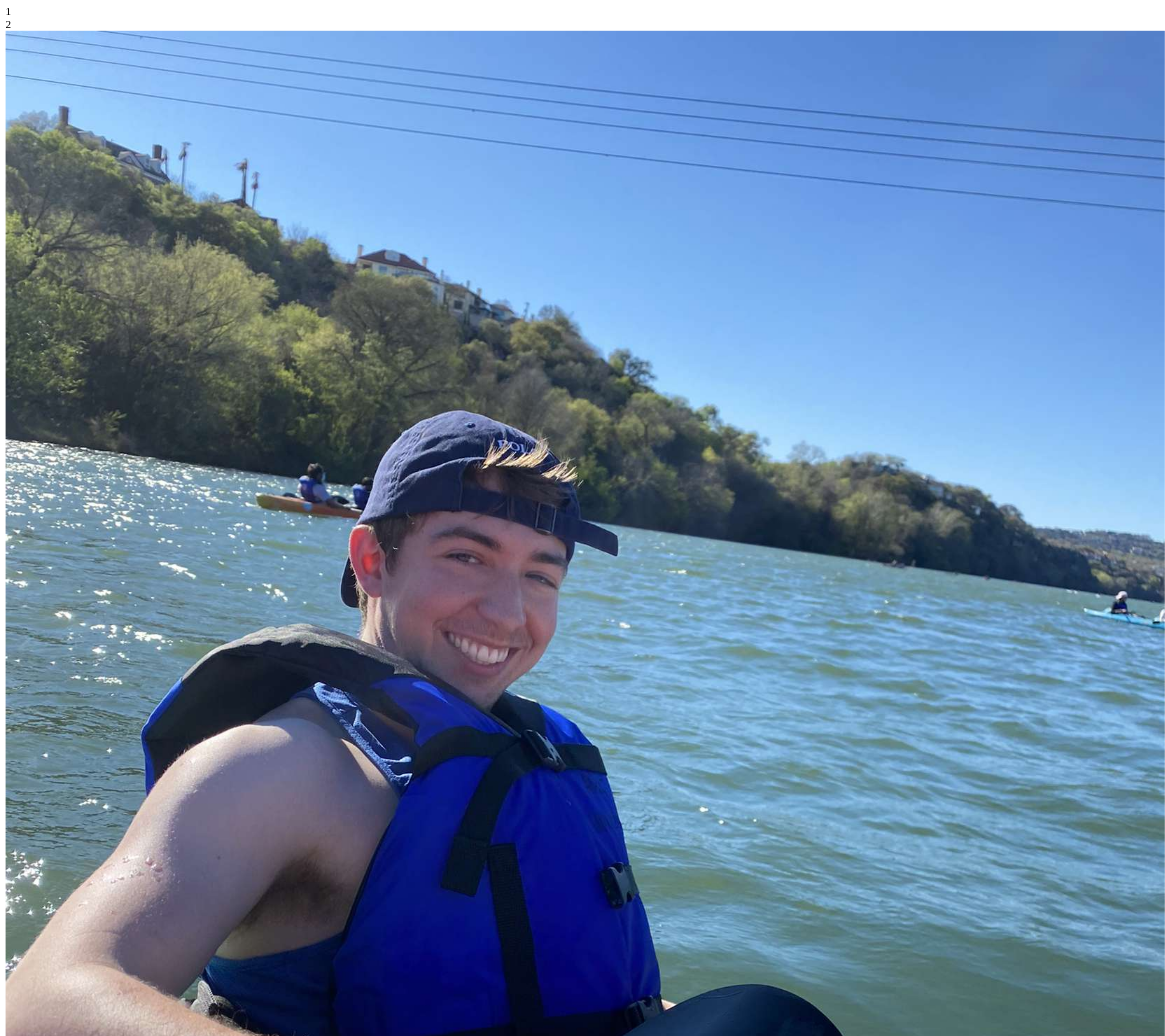
Repository: nak97/WDD230
Page: test.html
These files come from the project's save history. The page is drawn as it stood at one moment and after the next save; the edit follows.
The browser window is 1280 px wide. The page is 1664 px wide, then 1280 px, so the pictures cover 1664 px, including what lies to the right of the window. The pictures show the part of the page from y = 0 to 1480 px (the page is 2278 px tall before and 720 px after), at 70% of full size.

Above is the page before, as saved 2023-10-10 12:04:41.

After the next save:
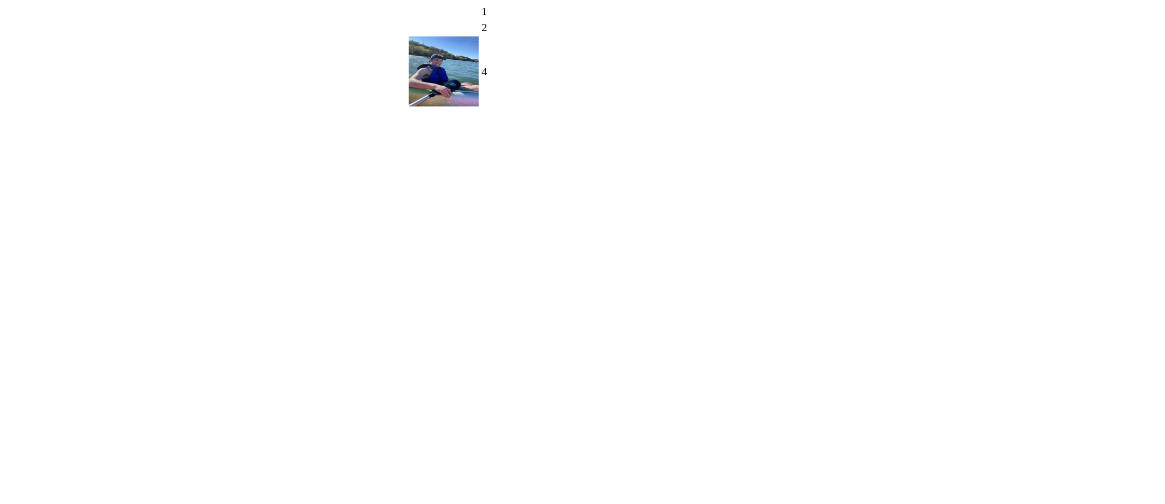
Saved 4 min 51 s later.
--- a/test.html
+++ b/test.html
@@ -1,3 +1,5 @@
+
+<link rel="stylesheet" href="test.css">
 <div class="gridlayout">
   <div class="item">1</div>
   <div class="item">2</div>
